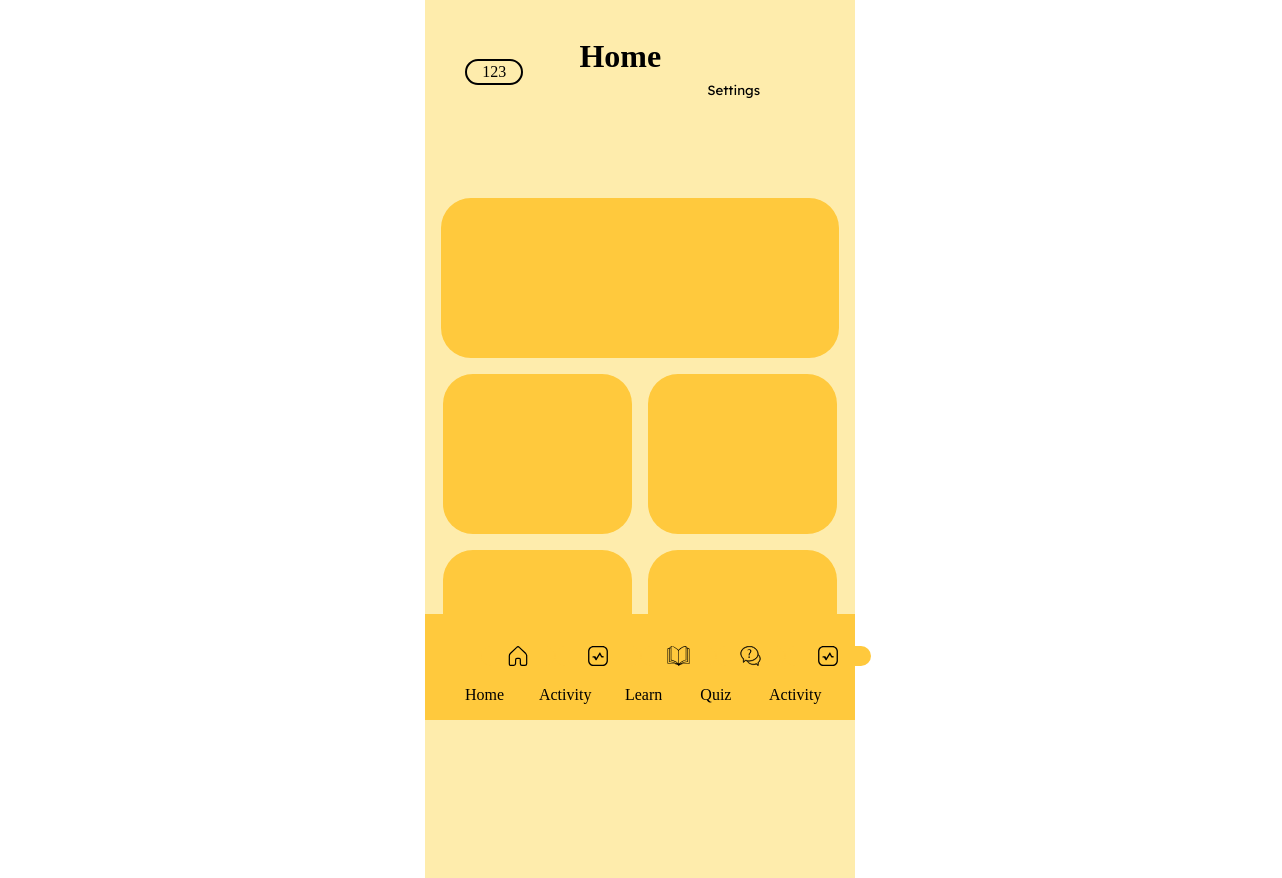
Repository: kellyzyhuang/HiveFive
Page: /
The author's editor kept a copy of each file at every save. The page is drawn from the files as they stood at one save, then again after the next save.
The browser window is 1280 px wide. The page is 1282 px wide, so the pictures cover 1282 px, including what lies to the right of the window. The pictures show the whole page.
Some web fonts or font styles are not loaded; a fallback is used. The project was rebuilt for these pictures with package versions that can differ from the ones it lists, and the page was loaded fresh each time. The framework's server and built-in components were replaced by stand-ins that run in the browser. Also part of the build but not shown: next.config.js.

Above is the page before, as saved 2024-04-07 23:07:53.

After the next save:
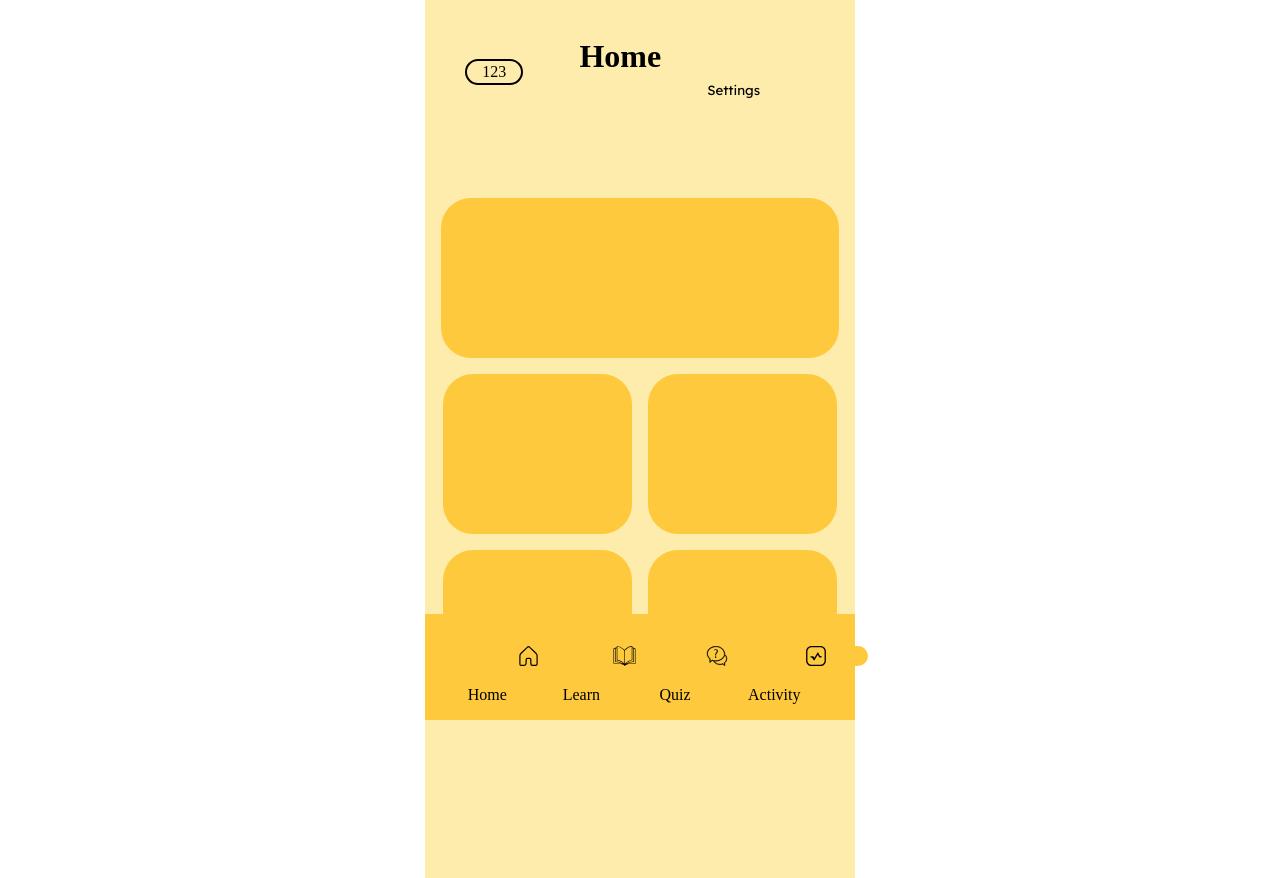
Saved 7 s later.
--- a/components/NavBar/index.js
+++ b/components/NavBar/index.js
@@ -12,14 +12,6 @@
                         <div>
                             <Image className={styles.navIcon} src={"/images/home_icon.svg"} width={20} height={20}/>
                             <span className={styles.label}>Home</span>
-                        </div>
-                    </Link>
-                </li>
-                <li className={styles.activity}>
-                    <Link href="/Activity">
-                        <div>
-                            <Image className={styles.navIcon} src={"/images/activity_icon.svg"} width={20} height={20}/>
-                            <span className={styles.label}>Activity</span>
                         </div>
                     </Link>
                 </li>
